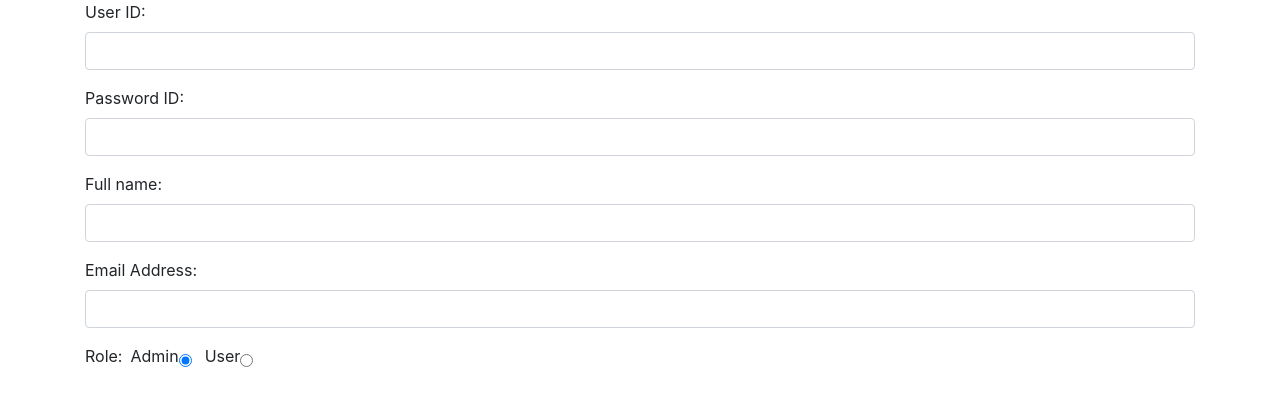
Repository: Hai-Nguyen-21/CRUD_Hibernate
Page: http://localhost/CRUD_Hibernate/user.jsp
An editor plug-in stored every save of this project. The page is shown before and after the next save, followed by the edit.
The browser window is 1280 px wide. The pictures show the whole page.
The page is served by Tomcat 9. Other server files are loaded and not shown.

Above is the page before, as saved 2021-09-04 16:49:19.

### CRUD_Hibernate/src/main/webapp/user.jsp
<%@ page language="java" contentType="text/html; charset=ISO-8859-1"
	pageEncoding="ISO-8859-1"%>
<!doctype html>
<html lang="en">
<head>
<!-- Required meta tags -->
<meta charset="utf-8">
<meta name="viewport"
	content="width=device-width, initial-scale=1, shrink-to-fit=no">

<!-- Bootstrap CSS -->
<link rel="stylesheet"
	href="https://cdn.jsdelivr.net/npm/bootstrap@4.6.0/dist/css/bootstrap.min.css"
	integrity="sha384-B0vP5xmATw1+K9KRQjQERJvTumQW0nPEzvF6L/Z6nronJ3oUOFUFpCjEUQouq2+l"
	crossorigin="anonymous">

<title>Users Management</title>
</head>
<body>
	<main class="container">

		<div class="row">
			<div class="col">
				<form action="" method = "post">
					<div class = "form-group">
						<label for = "userId"> User ID: </label>
						<input type = "text" name = "userId" id = "userId" class = "form-control"/>
					</div>
					<div class = "form-group">
						<label for = "password"> Password ID: </label>
						<input type = "password" name = "password" id = "password" class = "form-control"/>
					</div>
					<div class = "form-group">
						<label for = "fullname"> Full name: </label>
						<input type = "text" name = "fullname" id = "fullname" class = "form-control"/>
					</div>
					<div class = "form-group">
						<label for = "email"> Email Address: </label>
						<input type = "text" name = "email" id = "email" class = "form-control"/>
					</div>
					<div class = "form-check form-check-inline">
						<label> Role: </label>
						<label class = "ml-2">Admin</label> <input type = "radio" name = "admin" id = "admin" class = "form-check-input" checked/>
						<label class = "ml-2">User</label> <input type = "radio" name = "user" id = "user" class = "form-check-input"/>
					</div>
				</form>
			</div>
		</div>

	</main>
	<script src="https://code.jquery.com/jquery-3.5.1.slim.min.js"
		integrity="sha384-DfXdz2htPH0lsSSs5nCTpuj/zy4C+OGpamoFVy38MVBnE+IbbVYUew+OrCXaRkfj"
		crossorigin="anonymous"></script>
	<script
		src="https://cdn.jsdelivr.net/npm/bootstrap@4.6.0/dist/js/bootstrap.bundle.min.js"
		integrity="sha384-Piv4xVNRyMGpqkS2by6br4gNJ7DXjqk09RmUpJ8jgGtD7zP9yug3goQfGII0yAns"
		crossorigin="anonymous"></script>


</body>
</html>

After the next save:
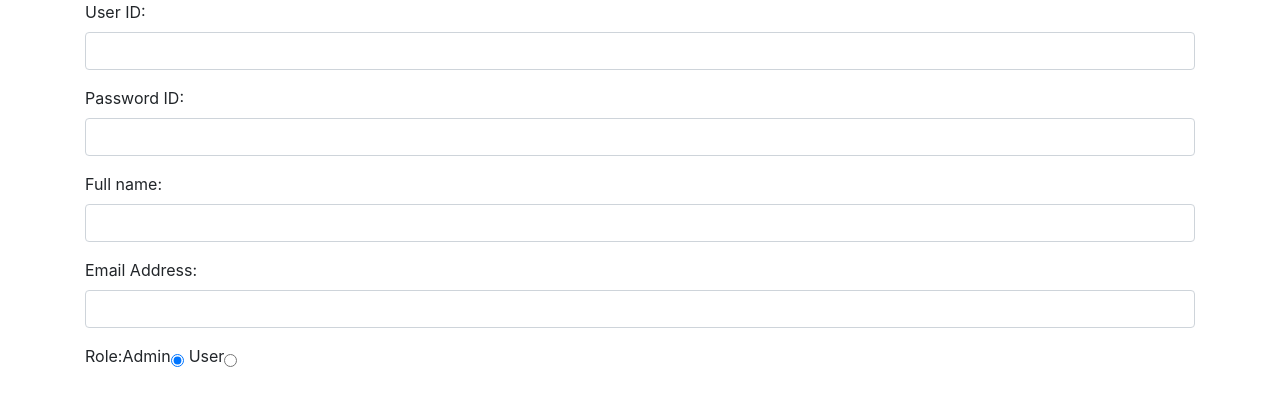
Saved 32 s later.
--- a/CRUD_Hibernate/src/main/webapp/user.jsp
+++ b/CRUD_Hibernate/src/main/webapp/user.jsp
@@ -40,8 +40,8 @@
 					</div>
 					<div class = "form-check form-check-inline">
 						<label> Role: </label>
-						<label class = "ml-2">Admin</label> <input type = "radio" name = "admin" id = "admin" class = "form-check-input" checked/>
-						<label class = "ml-2">User</label> <input type = "radio" name = "user" id = "user" class = "form-check-input"/>
+						<label >Admin</label> <input type = "radio" name = "admin" id = "admin" class = "form-check-input" checked/>
+						<label >User</label> <input type = "radio" name = "user" id = "user" class = "form-check-input"/>
 					</div>
 				</form>
 			</div>
